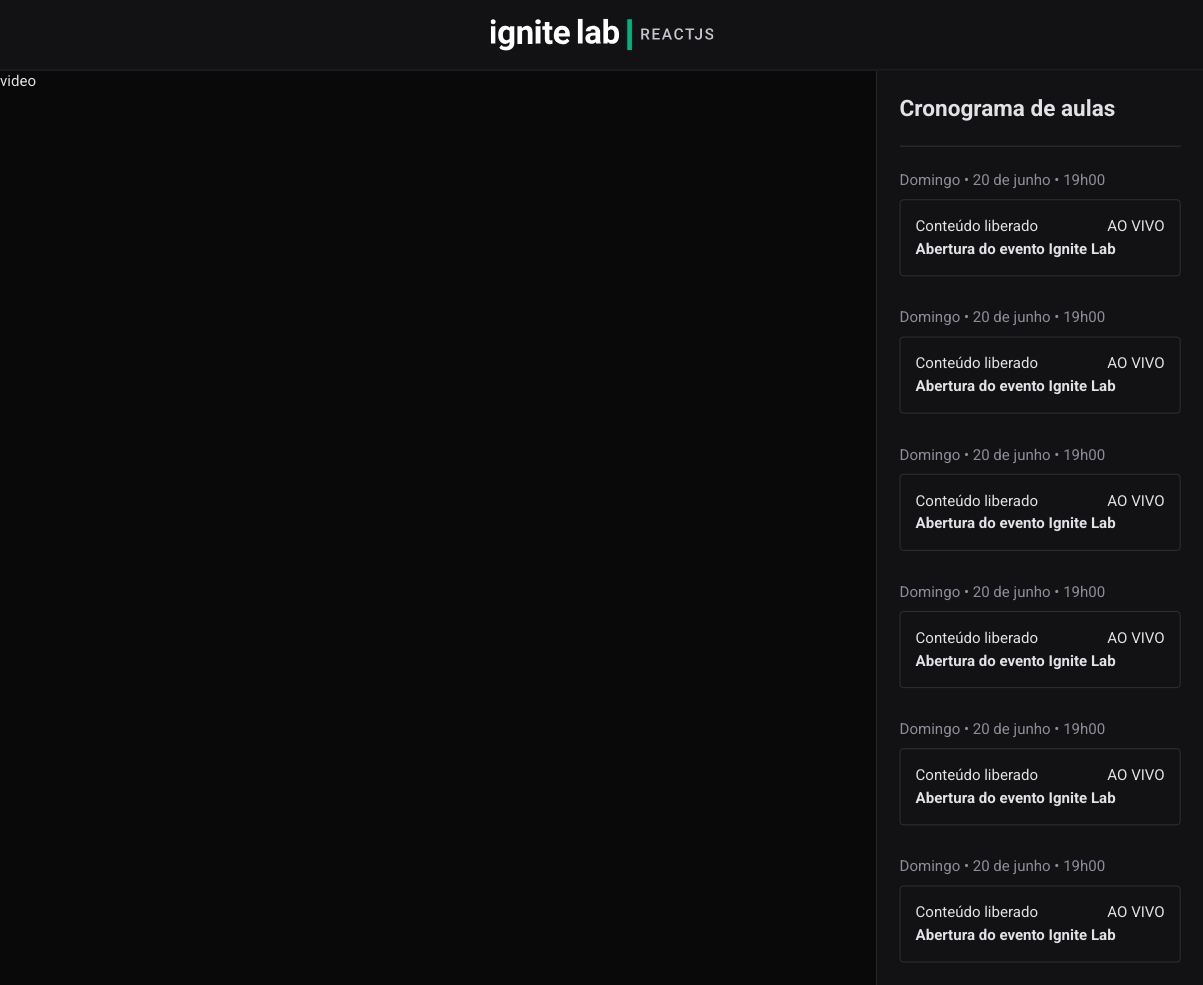
Repository: andynadvorny/event-platform
Page: /
The author's editor kept a copy of each file at every save. The page is drawn from the files as they stood at one save, then again after the next save.
The browser window is 1280 px wide. The pictures show the whole page, at 94% of full size.
The project was rebuilt for these pictures with package versions that can differ from the ones it lists, and the page was loaded fresh each time. Also part of the build but not shown: vite.config.ts.

Above is the page before, as saved 2022-06-23 14:36:55.

### src/App.tsx
import { Event } from './pages/Event'

function App() {
  return (
    <Event />
  )
}

export default App

### src/lib/apollo.ts
import { ApolloClient, InMemoryCache } from "@apollo/client";

export const client = new ApolloClient({
  uri: 'https://api-sa-east-1.graphcms.com/v2/cl4q028zp2n6q01xs9d4d26wj/master',
  cache: new InMemoryCache()
});

### src/pages/Event.tsx
import { Header } from '../components/Header'
import { Sidebar } from '../components/Sidebar'
import { Video } from '../components/Video'

export function Event() {
  return (
    <div className="flex flex-col min-h-screen">
      <Header />
      <main className="flex flex-1">
        <Video />
        <Sidebar />
      </main>
    </div>
  )
}

### src/components/Sidebar.tsx
import { Lesson } from "./Lesson";

export function Sidebar() {
  return (
    <aside className="w-[348px] bg-gray-700 p-6 border-l border-gray-600">
      <span className="font-bold text-2xl pb-6 mb-6 border-b border-gray-500 block">
        Cronograma de aulas
      </span>
      <div className="flex flex-col gap-8">
        <Lesson />
        <Lesson />
        <Lesson />
        <Lesson />
        <Lesson />
        <Lesson />
      </div>
    </aside>
  )
}

### src/components/Video.tsx
export function Video() {
  return (
    <div className="flex-1">
      video
    </div>
  )
}

### src/components/Logo.tsx
export function Logo() {
  return (
    <svg
      xmlns="http://www.w3.org/2000/svg"
      width="237"
      height="34"
      fill="none"
      viewBox="0 0 237 34"
    >
      <path
        fill="#fff"
        d="M.002 3.112a2.49 2.49 0 01.165-.987c.12-.314.304-.595.535-.83A2.906 2.906 0 012.615.572c.698 0 1.374.257 1.912.723.23.24.412.524.536.837a2.701 2.701 0 010 1.979 2.568 2.568 0 01-.536.837 2.889 2.889 0 01-1.907.723 2.901 2.901 0 01-1.908-.723 2.458 2.458 0 01-.538-.84 2.645 2.645 0 01-.172-.996zm4.96 23.146H.273V7.862h4.689v18.397zM8.012 16.973c0-2.853.686-5.145 2.055-6.883a6.653 6.653 0 015.528-2.606 5.869 5.869 0 014.802 2.09l.2-1.751h4.538v17.95a7.891 7.891 0 01-1.12 4.246 7.243 7.243 0 01-3.147 2.752 11.155 11.155 0 01-4.742.94c-1.378 0-2.74-.279-4.008-.812a7.08 7.08 0 01-2.946-2.11l2.208-3.02a5.905 5.905 0 004.543 2.08 4.356 4.356 0 003.104-1.059 3.938 3.938 0 001.103-2.993v-.994a5.775 5.775 0 01-4.555 1.935 6.647 6.647 0 01-3.05-.652 6.615 6.615 0 01-2.408-1.967c-1.397-1.752-2.085-4.089-2.085-6.942v-.21h-.025l.005.006zm4.997.355a6.723 6.723 0 001.026 3.956 3.233 3.233 0 002.799 1.443c.651.045 1.3-.088 1.878-.39a3.52 3.52 0 001.396-1.305v-7.825a3.448 3.448 0 00-1.374-1.305 3.504 3.504 0 00-1.86-.39 3.28 3.28 0 00-1.61.365 3.22 3.22 0 00-1.219 1.103c-.688.975-1.036 2.418-1.036 4.348zM33.098 7.833l.158 2.196a6.527 6.527 0 012.371-1.927 6.38 6.38 0 012.971-.62c1.97 0 3.438.597 4.39 1.79.953 1.194 1.456 2.936 1.486 5.293v12.249h-4.962V14.683a3.367 3.367 0 00-.684-2.344 3.086 3.086 0 00-1.069-.598 3.008 3.008 0 00-1.211-.13 3.349 3.349 0 00-1.821.454c-.553.32-1.01.794-1.313 1.367v13.37H28.45V7.845l4.647-.012zM47.512 3.112a2.304 2.304 0 01.185-.988 2.42 2.42 0 01.59-.831A3.439 3.439 0 0150.404.57c.772 0 1.52.256 2.117.723.508.486.792 1.142.792 1.826 0 .683-.284 1.34-.792 1.826a3.417 3.417 0 01-2.11.723c-.77 0-1.517-.257-2.11-.723a2.47 2.47 0 01-.594-.839 2.342 2.342 0 01-.19-.994h-.005zm5.483 23.149h-5.18V7.86h5.18v18.4zM62.454 3.334v4.612h3.107v3.677h-3.107v9.382c-.05.53.091 1.063.395 1.495a1.824 1.824 0 001.473.45c.476.002.95-.035 1.421-.114v3.803a9.672 9.672 0 01-2.939.449c-3.398 0-5.128-1.775-5.19-5.32V11.644h-2.642V7.968h2.643V3.356h4.841v-.025l-.002.003zM76.487 27.08a9.277 9.277 0 01-6.759-2.55c-1.74-1.699-2.605-3.957-2.605-6.797v-.494a11.295 11.295 0 011.098-5.08 8.141 8.141 0 013.111-3.465 8.72 8.72 0 014.59-1.22c2.577 0 4.62.815 6.098 2.449 1.478 1.633 2.226 3.94 2.226 6.929v2.055h-12.01a4.665 4.665 0 001.473 2.971 4.487 4.487 0 003.111 1.111 5.426 5.426 0 004.548-2.115l2.476 2.781a7.506 7.506 0 01-3.07 2.507 9.81 9.81 0 01-4.287.916v.002zm-.594-15.514a3.127 3.127 0 00-2.428 1.012 5.405 5.405 0 00-1.188 2.912h7.006v-.405a3.749 3.749 0 00-.908-2.608 3.252 3.252 0 00-2.45-.908h-.03l-.002-.003zM97.771 26.259h-4.957V0h4.957V26.26zM112.209 26.259c-.227-.444-.392-.997-.496-1.659-1.196 1.333-2.751 2.002-4.666 2.002-1.811 0-3.314-.523-4.504-1.572-1.191-1.049-1.786-2.372-1.786-3.966 0-1.96.725-3.464 2.179-4.513 1.453-1.049 3.553-1.58 6.3-1.59h2.273v-1.06c0-.854-.22-1.54-.659-2.051-.44-.513-1.131-.77-2.078-.77-.832 0-1.486.2-1.957.6-.474.4-.708.945-.708 1.64h-4.941c0-1.07.331-2.062.992-2.973.662-.91 1.597-1.626 2.804-2.144 1.206-.518 2.564-.778 4.069-.778 2.28 0 4.089.573 5.429 1.718 1.34 1.145 2.009 2.756 2.009 4.83v8.017c.012 1.754.256 3.082.735 3.983v.29h-4.992l-.003-.004zm-4.086-3.435c.728 0 1.402-.163 2.016-.486.614-.326 1.071-.76 1.367-1.308v-3.181h-1.846c-2.472 0-3.79.854-3.948 2.564l-.017.291c0 .614.217 1.123.649 1.523.434.4 1.026.6 1.779.6v-.003zM136.58 17.183c0 2.963-.632 5.273-1.898 6.931-1.265 1.659-3.032 2.488-5.3 2.488-2.006 0-3.608-.77-4.805-2.308l-.222 1.967h-4.444V.001h4.94v9.418c1.14-1.332 2.638-2 4.496-2 2.256 0 4.025.828 5.308 2.487 1.283 1.658 1.923 3.992 1.923 7v.274l.002.003zm-4.94-.358c0-1.868-.296-3.233-.889-4.094-.592-.861-1.475-1.29-2.65-1.29-1.572 0-2.655.643-3.247 1.932v7.299c.604 1.298 1.697 1.95 3.282 1.95 1.584 0 2.643-.788 3.146-2.36.239-.752.358-1.897.358-3.437z"
      ></path>
      <path
        fill="#C4C4CC"
        d="M164.51 17.501h-2.283v4.53h-2.048v-11.78h4.143c1.36 0 2.408.306 3.149.915.74.61 1.108 1.493 1.108 2.648 0 .787-.19 1.449-.57 1.98-.38.532-.911.94-1.59 1.226l2.646 4.906v.106h-2.194l-2.364-4.531h.003zm-2.283-1.65h2.105c.691 0 1.229-.176 1.619-.524.39-.348.582-.824.582-1.429 0-.604-.18-1.12-.538-1.466-.358-.345-.893-.523-1.606-.533h-2.162V15.85zM179.066 16.773h-4.839v3.625h5.656v1.634h-7.704V10.25h7.648v1.65h-5.6v3.253h4.839v1.62zM189.803 19.29h-4.565l-.955 2.744h-2.127l4.452-11.783h1.836l4.459 11.783h-2.137l-.963-2.744zm-3.99-1.65h3.415l-1.707-4.89-1.708 4.89zM204.716 18.197c-.119 1.256-.583 2.238-1.392 2.941-.81.703-1.885 1.056-3.228 1.056-.938 0-1.764-.222-2.48-.668-.715-.445-1.266-1.079-1.656-1.898-.387-.82-.589-1.772-.607-2.858v-1.1c0-1.11.198-2.09.59-2.937.392-.846.96-1.5 1.695-1.96.736-.458 1.587-.688 2.554-.688 1.301 0 2.347.353 3.139 1.057.792.703 1.254 1.7 1.385 2.99h-2.039c-.096-.846-.343-1.458-.74-1.833-.397-.375-.977-.563-1.745-.563-.89 0-1.574.326-2.05.977-.479.652-.721 1.605-.733 2.863v1.044c0 1.273.227 2.245.683 2.917.457.668 1.123 1.004 2.004 1.004.805 0 1.409-.18 1.814-.543.405-.363.661-.962.77-1.804h2.038l-.002.003zM216.481 11.902h-3.674v10.132h-2.031V11.902h-3.642V10.25h9.347v1.65zM222.759 10.251h2.039v8.262c0 1.127-.353 2.023-1.057 2.687-.703.664-1.633.995-2.788.995-1.229 0-2.179-.311-2.848-.93-.669-.62-1.004-1.484-1.004-2.59h2.038c0 .627.156 1.096.467 1.412.31.316.76.474 1.347.474.55 0 .989-.183 1.315-.545.326-.366.489-.867.489-1.51V10.25h.002zM234.952 18.999c0-.518-.183-.918-.545-1.197-.363-.279-1.022-.563-1.972-.849-.95-.286-1.705-.604-2.265-.955-1.074-.674-1.612-1.555-1.612-2.638 0-.95.388-1.732 1.163-2.347.774-.614 1.779-.922 3.015-.922.819 0 1.55.15 2.194.454a3.597 3.597 0 011.513 1.29c.367.558.55 1.177.55 1.858h-2.038c0-.614-.193-1.095-.578-1.443-.385-.348-.938-.524-1.656-.524-.668 0-1.189.144-1.557.43-.37.286-.555.686-.555 1.197 0 .432.2.792.6 1.08.399.29 1.056.57 1.974.842.918.271 1.653.582 2.208.93.556.348.963.748 1.222 1.197.259.452.387.977.387 1.582 0 .982-.375 1.762-1.127 2.342-.753.58-1.775.87-3.063.87a5.755 5.755 0 01-2.352-.473c-.715-.316-1.27-.75-1.668-1.308-.397-.555-.594-1.204-.594-1.942h2.048c0 .669.222 1.187.664 1.555.441.367 1.075.55 1.902.55.713 0 1.246-.143 1.607-.432.357-.288.538-.671.538-1.145l-.003-.002z"
      ></path>
      <path fill="#00B37E" d="M150.271 33.146h-4.958V.57h4.958v32.576z"></path>
    </svg>
  );
}

### src/components/Lesson.tsx
export function Lesson() {
  return (
    <a href="#">
      <span className="text-gray-300">
        Domingo • 20 de junho • 19h00
      </span>

      <div className="rounded border border-gray-500 p-4 mt-2">
        <header className="flex items-center justify-between">
          <span>
            Conteúdo liberado
          </span>
          <span>
            AO VIVO
          </span>
        </header>
        <strong>
          Abertura do evento Ignite Lab
        </strong>
      </div>
    </a>
  )
}

### tailwind.config.js
/** @type {import('tailwindcss').Config} */
module.exports = {
  content: [
    './src/**/*.tsx'
  ],
  theme: {
    extend: {
      fontFamily: {
        sans: 'Roboto, sans-serif'
      },
      colors: {
        green: {
          300: '#00B37E',
          500: '#00875F',
          700: '#015F43',
        },
        blue: {
          500: '#81D8F7',
        },
        orange: {
          500: '#FBA94C',
        },
        red: {
          500: '#F75A68',
        },
        gray: {
          100: '#E1E1E6',
          200: '#C4C4CC',
          300: '#8D8D99',
          500: '#323238',
          600: '#29292E',
          700: '#121214',
          900: '#09090A'
        }
      }
    },
  },
  plugins: [],
}

Loaded but not shown: index.html (common file); src/main.tsx (common file); src/styles/global.css (common file); src/components/Header.tsx (common file)

After the next save:
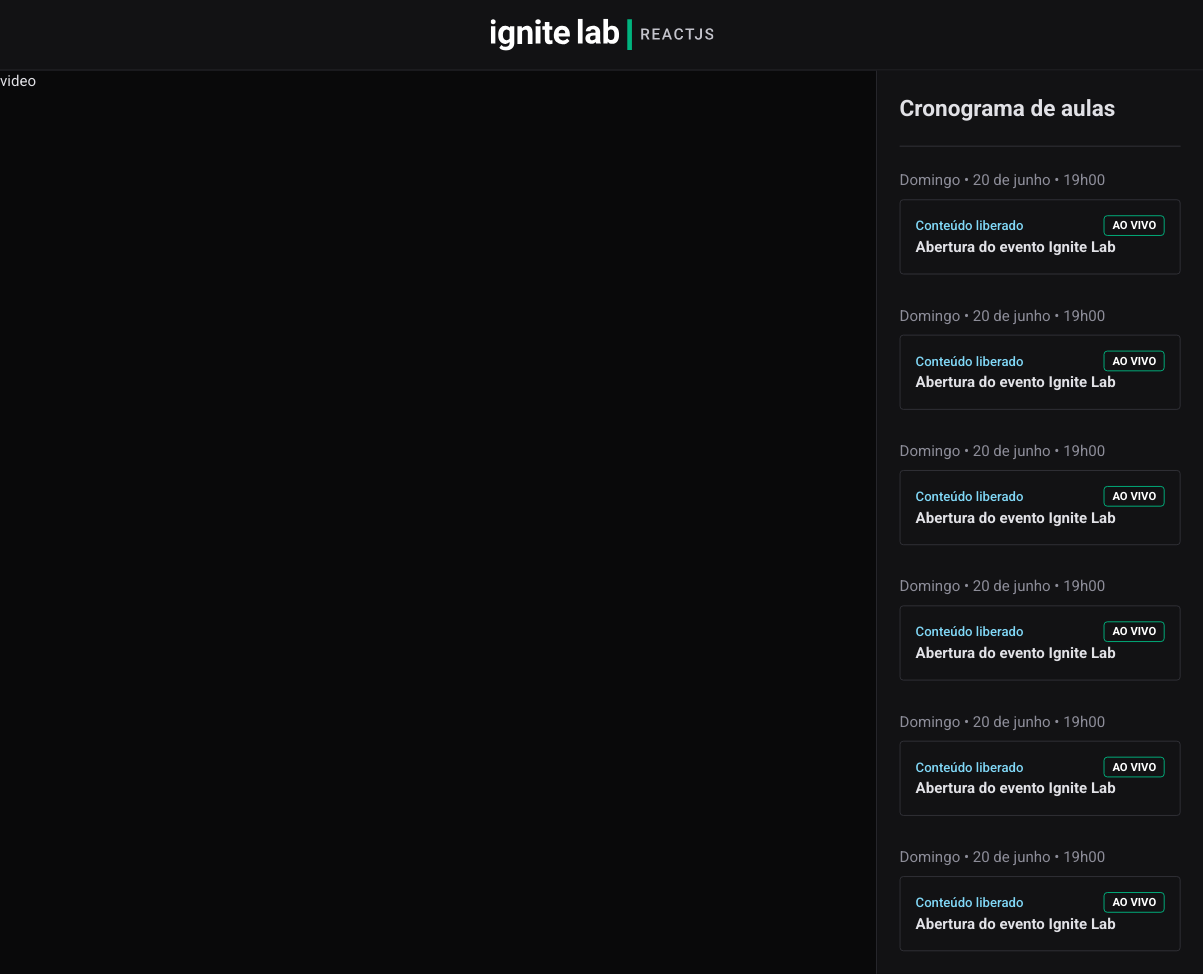
Saved 110 s later.
--- a/src/components/Lesson.tsx
+++ b/src/components/Lesson.tsx
@@ -7,10 +7,10 @@
 
       <div className="rounded border border-gray-500 p-4 mt-2">
         <header className="flex items-center justify-between">
-          <span>
+          <span className="text-sm text-blue-500 font-medium">
             Conteúdo liberado
           </span>
-          <span>
+          <span className="text-xs rounded py-[2px] px-2 border border-green-300 text-white font-bold">
             AO VIVO
           </span>
         </header>
